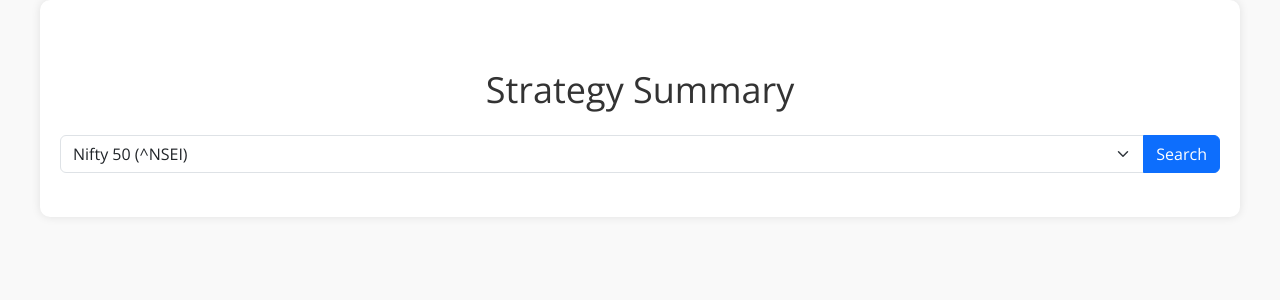
Repository: shiv-aye/stockEye
Page: src/index.html
An editor plug-in stored every save of this project. The page is shown before and after the next save, followed by the edit.
The browser window is 1280 px wide. The pictures show the whole page.
The page's requests for data from a server got no answer.

Above is the page before, as saved 2024-02-14 17:03:49.

### src/index.html
<!DOCTYPE html>
<html lang="en">

<head>
    <meta charset="UTF-8">
    <meta name="viewport" content="width=device-width, initial-scale=1.0">
    <title>Strategy Summary</title>
    <!-- Include Bootstrap 5 CSS -->
    <link rel="stylesheet" href="./../node_modules/bootstrap/dist/css/bootstrap.min.css">
    <!-- Include custom CSS -->
    <link rel="stylesheet" href="./styles.css">
    <!-- Google Fonts - Open Sans for body text and Montserrat for headings -->
    <link href="https://fonts.googleapis.com/css2?family=Open+Sans:wght@400;600&family=Montserrat:wght@700&display=swap"
        rel="stylesheet">
</head>

<body>
    <div class="container">
        <h1 class="text-center mt-5">Strategy Summary</h1>

        <!-- Dropdown for selecting stock symbol -->
        <div class="input-group mt-4">
            <select class="form-select" id="stock-select">
                <option value="^NSEI">Nifty 50 (^NSEI)</option>
                <option value="TCS">Tata Consultancy Services (TCS)</option>
                <option value="AAPL">Apple Inc. (AAPL)</option>
            </select>
            <button class="btn btn-primary" type="button" id="search-btn">Search</button>
        </div>

        <!-- Container for table -->
        <div id="table-container" class="mt-4"></div>
    </div>

    <!-- Include jQuery -->
    <script src="../node_modules/jquery/dist/jquery.min.js"></script>

    <!-- Include Bootstrap 5 JavaScript -->
    <script src="../node_modules/bootstrap/dist/js/bootstrap.bundle.min.js"></script>

    <!-- Include DataTables JavaScript -->
    <script type="text/javascript" src="../node_modules/datatables.net/js/jquery.dataTables.min.js"></script>
    <script type="text/javascript" src="../node_modules/datatables.net-bs5/js/dataTables.bootstrap5.min.js"></script>

    <script>
        document.addEventListener('DOMContentLoaded', async () => {
            // Load strategy summary for default stock symbol
            await loadStrategySummary();

            // Search button click event listener
            document.getElementById('search-btn').addEventListener('click', async () => {
                const symbol = document.getElementById('stock-select').value;
                await loadStrategySummary(symbol);
            });
        });

        // Function to load and display strategy summary for a given stock symbol
        async function loadStrategySummary(symbol = '^NSEI') {
            try {
                const response = await fetch(`/strategy-summary?symbol=${symbol}`);
                const data = await response.json();
                if (response.ok) {
                    displayDataTable(data);
                } else {
                    console.error('Error fetching strategy summary:', data.error);
                }
            } catch (error) {
                console.error('Error fetching strategy summary:', error);
            }
        }

        // Function to display DataTable for the given stock data
        function displayDataTable(data) {
            const tableContainer = document.getElementById('table-container');
            tableContainer.innerHTML = ''; // Clear previous table, if any

            if (!data || !Array.isArray(data) || data.length === 0 || !data[0].data || !Array.isArray(data[0].data)) {
                console.error('Invalid data format:', data);
                return;
            }

            const stockData = data[0].data; // Accessing data from the first element of the array

            // Create table element
            const table = document.createElement('table');
            table.classList.add('table', 'table-bordered', 'table-hover');

            // Create table header
            const thead = document.createElement('thead');
            const headerRow = document.createElement('tr');
            ['Date', 'Closing Price', '% Change (Day)', '% Change (Week)'].forEach(column => {
                const th = document.createElement('th');
                th.textContent = column;
                headerRow.appendChild(th);
            });
            thead.appendChild(headerRow);
            table.appendChild(thead);

            // Create table body
            const tbody = document.createElement('tbody');
            stockData.forEach(item => {
                const row = document.createElement('tr');
                ['date', 'closingPrice', 'percentChangeDay', 'percentChangeWeek'].forEach(property => {
                    const cell = document.createElement('td');
                    cell.textContent = item[property];
                    row.appendChild(cell);
                });
                tbody.appendChild(row);
            });

            table.appendChild(tbody);

            // Append table to container
            tableContainer.appendChild(table);

            // Initialize DataTable
            $(document).ready(function () {
                $(table).DataTable();
            });
        }
        const tableContainer = document.getElementById('table-container');
        tableContainer.innerHTML = ''; // Clear previous table, if any

        // Create table element
        const table = document.createElement('table');
        table.classList.add('table', 'table-bordered', 'table-hover');

        // Create table header
        const thead = document.createElement('thead');
        const headerRow = document.createElement('tr');
        ['Date', 'Closing Price', '% Change (Day)', '% Change (Week)'].forEach(column => {
            const th = document.createElement('th');
            th.textContent = column;
            headerRow.appendChild(th);
        });
        thead.appendChild(headerRow);
        table.appendChild(thead);
    </script>
</body>

</html>

### src/styles.css
/* Body styling */
body {
    font-family: 'Open Sans', sans-serif;
    background-color: #f9f9f9;
    margin: 0;
    padding: 0;
}

/* Heading styling */
h1 {
    text-align: center;
    color: #333;
    margin-top: 30px;
    font-size: 36px;
}

/* Table styling */
table {
    width: 100%;
    border-collapse: collapse;
    margin-top: 20px;
}

th, td {
    padding: 12px;
    text-align: left;
    border-bottom: 1px solid #ddd;
    border-left: 1px solid #ddd;
    border-right: 1px solid #ddd;
    font-size: 16px;
}

th {
    background-color: #f2f2f2;
    color: #333;
}

tr:hover {
    background-color: #f5f5f5;
}

/* Additional styles */
.container {
    max-width: 1200px;
    margin: 0 auto;
    padding: 20px;
    background-color: #fff;
    box-shadow: 0 0 10px rgba(0, 0, 0, 0.1);
    border-radius: 10px;
}

/* Button styling */
button {
    background-color: #007bff;
    color: #fff;
    border: none;
    padding: 10px 20px;
    border-radius: 5px;
    cursor: pointer;
    transition: background-color 0.3s ease;
    font-size: 16px;
}

button:hover {
    background-color: #0056b3;
}

/* Pagination styling */
.dataTables_paginate {
    margin-top: 20px;
    text-align: center;
    font-size: 14px;
}

.dataTables_paginate .paginate_button {
    padding: 6px 12px;
    border-radius: 5px;
    margin: 0 5px;
    background-color: #007bff;
    color: #fff;
    border: none;
    cursor: pointer;
    transition: background-color 0.3s ease;
}

.dataTables_paginate .paginate_button:hover {
    background-color: #0056b3;
}

Loaded but not shown: node_modules/bootstrap/dist/css/bootstrap.min.css (library); node_modules/jquery/dist/jquery.min.js (library); node_modules/bootstrap/dist/js/bootstrap.bundle.min.js (library); node_modules/datatables.net/js/jquery.dataTables.min.js (library); node_modules/datatables.net-bs5/js/dataTables.bootstrap5.min.js (common file)

After the next save:
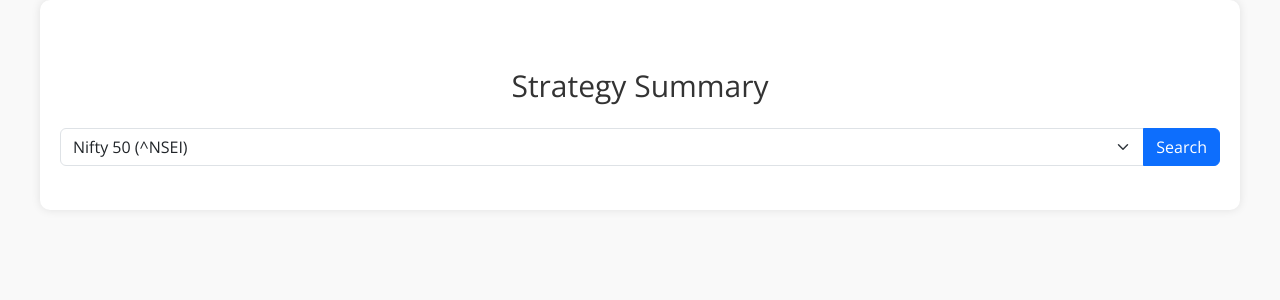
Saved 6 h 55 min later.
--- a/src/styles.css
+++ b/src/styles.css
@@ -11,7 +11,7 @@ h1 {
     text-align: center;
     color: #333;
     margin-top: 30px;
-    font-size: 36px;
+    font-size: 30px;
 }
 
 /* Table styling */
@@ -22,12 +22,12 @@ table {
 }
 
 th, td {
-    padding: 12px;
+    padding: 8px;
     text-align: left;
     border-bottom: 1px solid #ddd;
     border-left: 1px solid #ddd;
     border-right: 1px solid #ddd;
-    font-size: 16px;
+    font-size: 14px;
 }
 
 th {
@@ -54,11 +54,11 @@ button {
     background-color: #007bff;
     color: #fff;
     border: none;
-    padding: 10px 20px;
+    padding: 8px 16px;
     border-radius: 5px;
     cursor: pointer;
     transition: background-color 0.3s ease;
-    font-size: 16px;
+    font-size: 14px;
 }
 
 button:hover {
@@ -73,16 +73,31 @@ button:hover {
 }
 
 .dataTables_paginate .paginate_button {
-    padding: 6px 12px;
+    padding: 6px 10px;
     border-radius: 5px;
-    margin: 0 5px;
-    background-color: #007bff;
-    color: #fff;
-    border: none;
+    margin: 0 2px;
+    background-color: transparent;
+    color: #007bff;
+    border: 1px solid #007bff;
     cursor: pointer;
     transition: background-color 0.3s ease;
 }
 
 .dataTables_paginate .paginate_button:hover {
     background-color: #0056b3;
+    color: #fff;
 }
+
+.dataTables_paginate .paginate_button.current,
+.dataTables_paginate .paginate_button.current:hover {
+    background-color: #007bff;
+    color: #fff;
+}
+
+.dataTables_paginate .paginate_button.disabled,
+.dataTables_paginate .paginate_button.disabled:hover {
+    background-color: transparent;
+    color: #777;
+    border: 1px solid #777;
+    cursor: not-allowed;
+}
